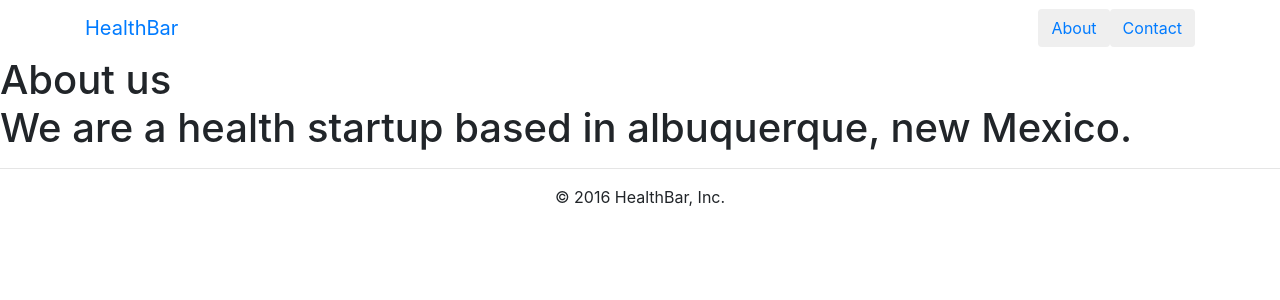
Repository: AdaLover/demoExpressApp
Page: http://localhost/about
These files come from the project's save history. The page is drawn as it stood at one moment and after a run of saves; the edit follows.
The browser window is 1280 px wide. The pictures show the whole page.
The page is served by the project's Node server (app.js).

Above is the page before, as saved 2018-01-29 18:31:08.

After the next 4 saves:
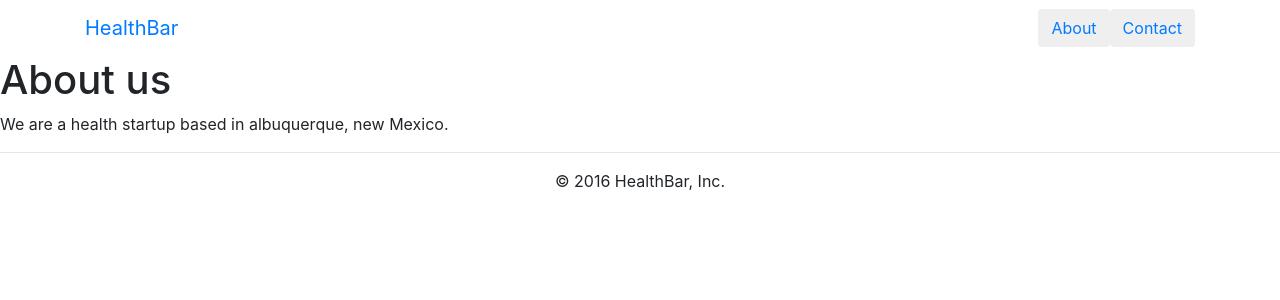
The 4 saves are shown as one change because 1 did not build or start and some came seconds apart.
The last was saved 28 s later.
--- a/views/about.pug
+++ b/views/about.pug
@@ -2,5 +2,5 @@ extends layout
 
 block content
  h1 About us
-  p
+ p
    | We are a health startup based in albuquerque, new Mexico.
